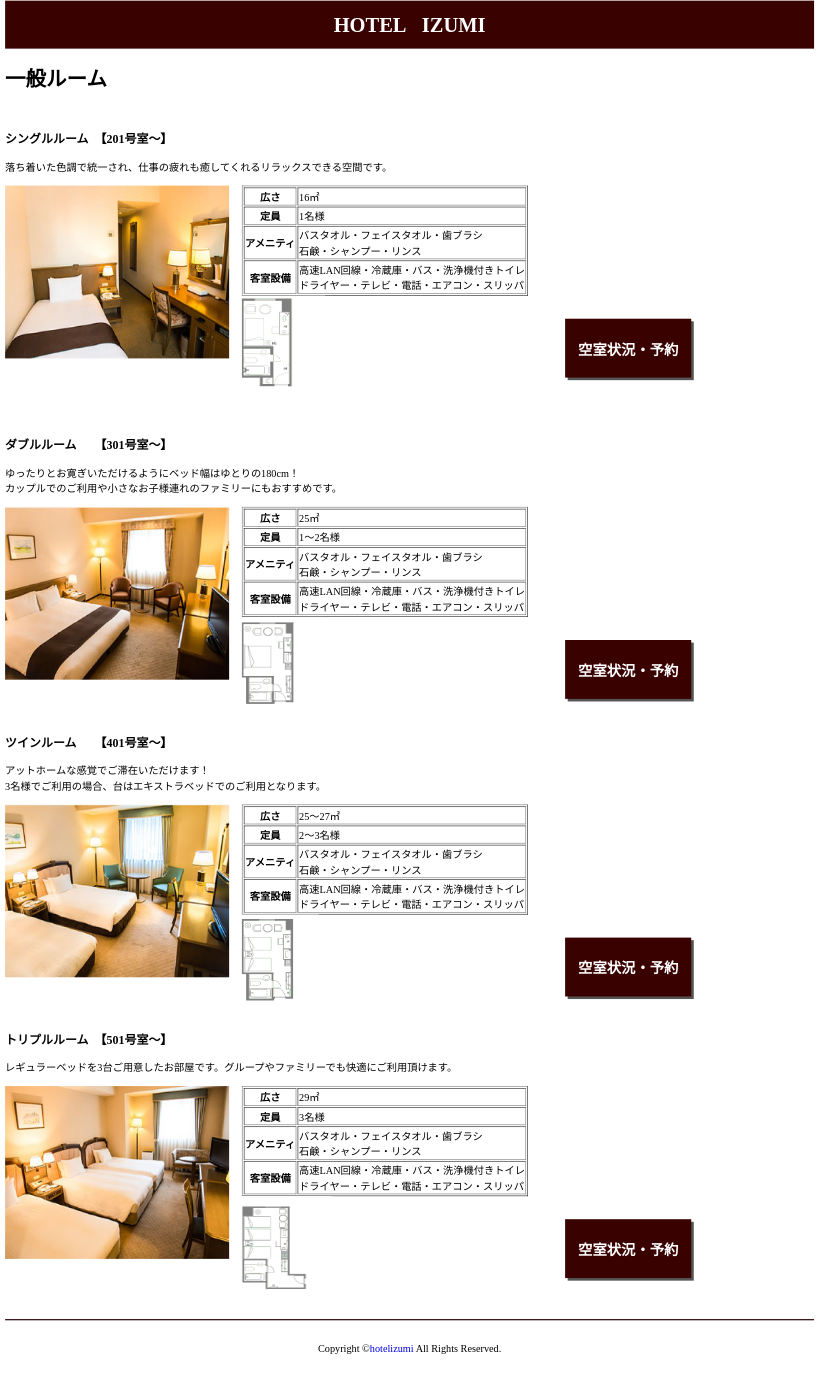
Repository: sep-dev/hotel_site
Page: http://localhost/HOTEL_IZUMI/general
These files come from the project's save history. The page is drawn as it stood at one moment and after the next save; the edit follows.
The browser window is 1280 px wide. The pictures show the whole page, at 64% of full size.
The page is served by Tomcat 9. Other server files are loaded and not shown.

Above is the page before, as saved 2016-05-25 06:16:49.

### HOTEL_IZUMI/src/main/webapp/WEB-INF/views/general.jsp
<!DOCTYPE html>
<%@ page language="java" contentType="text/html; charset=UTF-8" pageEncoding="UTF-8"%>
<%@ taglib prefix="form" uri="http://www.springframework.org/tags/form" %>
<!--  http://www.aspen-hotel.co.jp/room/ を参考   -->
<html>
  <head>
    <meta http-equiv="Content-Type" content="text/html; charset=Shift_JIS">
    <title>客室のご案内</title>
    <style type="text/css">
      div.example img {
        margin: 0px 20px 0px 0px;
      }
      <%@include file="../css/style.css" %>
    </style>
  </head>
  <body>
   <form>
    <div id="header">
      <div id="header h1"><h1><a HREF="http://localhost:8080/Izumi/top" STYLE="text-decoration:none"><font color="#FFFFFF">HOTEL&nbsp;&nbsp;&nbsp;IZUMI</font></a></h1></div>
    </div>


      <h1>一般ルーム</h1><br>
      <h3>シングルルーム　【201号室～】</h3>
      落ち着いた色調で統一され、仕事の疲れも癒してくれるリラックスできる空間です。<br><br>
      <div class="example">
        <img src="./resources/picture/ph01.jpg" alt="サンプル図" width="350" height="270"  align="left" >
      </div>
      <table border="1" >
        <tr>
          <th>広さ</th>
          <td>16㎡</td>
        </tr>
        <tr>
          <th>定員</th>
          <td>1名様</td>
        </tr>
        <tr>
          <th rowspan="2">アメニティ</th>
          <td rowspan="2">バスタオル・フェイスタオル・歯ブラシ<br>石鹸・シャンプー・リンス</td>
        </tr>
        <tr>
        </tr>
        <tr>
          <th rowspan="2">客室設備</th>
          <td rowspan="2">高速LAN回線・冷蔵庫・バス・洗浄機付きトイレ<br>ドライヤー・テレビ・電話・エアコン・スリッパ</td>
        </tr>
        <tr>
        </tr>
      </table>

      <img src="./resources/picture/ph01_shw1.png" alt="間取り図" width="130" height="146" align="left" ><br><br>

      <button class="button2" type="submit" style="position: absolute; right: 200px;">空室状況・予約</button>
      <br clear="all">
      <br><br><br>

      <h3>ダブルルーム　　【301号室～】</h3>
      ゆったりとお寛ぎいただけるようにベッド幅はゆとりの180cm！<br>カップルでのご利用や小さなお子様連れのファミリーにもおすすめです。<br><br>
      <div class="example">
        <img src="./resources/picture/ph04.jpg" alt="サンプル図" width="350" height="270"  align="left" >
      </div>
      <table border="1" >
        <tr>
          <th>広さ</th>
          <td>25㎡</td>
        </tr>
        <tr>
          <th>定員</th>
          <td>1～2名様</td>
        </tr>
        <tr>
          <th rowspan="2">アメニティ</th>
          <td rowspan="2">バスタオル・フェイスタオル・歯ブラシ<br>石鹸・シャンプー・リンス</td>
        </tr>
        <tr>
        </tr>
        <tr>
          <th rowspan="2">客室設備</th>
          <td rowspan="2">高速LAN回線・冷蔵庫・バス・洗浄機付きトイレ<br>ドライヤー・テレビ・電話・エアコン・スリッパ</td>
        </tr>
         <tr>
         </tr>
       </table>

       <img src="./resources/picture/ph04_shw1.png" alt="間取り図" width="130" height="146" align="left" ><br><br>

       <button class="button2" type="submit" style="position: absolute; right: 200px;">空室状況・予約</button><br><br><br><br><br><br><br>

       <h3>ツインルーム　　【401号室～】</h3>
       アットホームな感覚でご滞在いただけます！<br>3名様でご利用の場合、台はエキストラベッドでのご利用となります。<br><br>

       <div class="example">
         <img src="./resources/picture/ph06.jpg" alt="サンプル図" width="350" height="270"  align="left" >
       </div>
       <table border="1" >
         <tr>
           <th>広さ</th>
           <td>25～27㎡</td>
         </tr>
         <tr>
           <th>定員</th>
           <td>2～3名様</td>
         </tr>
         <tr>
            <th rowspan="2">アメニティ</th>
            <td rowspan="2">バスタオル・フェイスタオル・歯ブラシ<br>石鹸・シャンプー・リンス</td>
          </tr>
          <tr>
          </tr>
          <tr>
            <th rowspan="2">客室設備</th>
            <td rowspan="2">高速LAN回線・冷蔵庫・バス・洗浄機付きトイレ<br>ドライヤー・テレビ・電話・エアコン・スリッパ</td>
           </tr>
           <tr>
         </tr>
       </table>

        <img src="./resources/picture/ph06_shw1.png" alt="間取り図" width="120" height="146" align="left" >
        <br><br>

        <button class="button2" type="submit" style="position: absolute; right: 200px;">空室状況・予約</button><br><br><br><br><br><br><br>

        <h3>トリプルルーム　【501号室～】</h3>
        レギュラーベッドを3台ご用意したお部屋です。グループやファミリーでも快適にご利用頂けます。<br><br>
        <div class="example">
          <img src="./resources/picture/ph07.jpg" alt="サンプル図" width="350" height="270"  align="left" >
        </div>
        <table border="1" >
          <tr>
            <th>広さ</th>
            <td>29㎡</td>
          </tr>
          <tr>
            <th>定員</th>
            <td>3名様</td>
          </tr>
          <tr>
            <th rowspan="2">アメニティ</th>
            <td rowspan="2">バスタオル・フェイスタオル・歯ブラシ<br>石鹸・シャンプー・リンス</td>
          </tr>
          <tr>
          </tr>
          <tr>
            <th rowspan="2">客室設備</th>
            <td rowspan="2">高速LAN回線・冷蔵庫・バス・洗浄機付きトイレ<br>ドライヤー・テレビ・電話・エアコン・スリッパ</td>
          </tr>
          <tr>
          </tr>
        </table>

        <img src="./resources/picture/ph07_shw1.png" alt="間取り図" width="140" height="146" align="left" ><br><br>

        <button class="button2" type="submit" style="position: absolute; right: 200px;">空室状況・予約</button><br><br><br><br><br><br><br>


        <div id="footer">
          <p id="copyright">Copyright &copy;<a href="http://hotelizumi.com">hotelizumi</a> All Rights Reserved.</p>
        </div>
    </form>
  </body>
</html>

### HOTEL_IZUMI/src/main/webapp/WEB-INF/views/common/header.jsp
<%@ taglib uri="http://java.sun.com/jsp/jstl/core" prefix="c" %>
<%@ taglib prefix="form" uri="http://www.springframework.org/tags/form"%>
<%@page language="java" contentType="text/html; charset=UTF-8" pageEncoding="UTF-8"%>
<%@ page contentType="text/html; charset=UTF-8"%>

### HOTEL_IZUMI/src/main/webapp/WEB-INF/css/style.css
html{
    margin: 0;
    margin-top:-20px;
    padding: 0;
    width:100%;
    height:100%;
}
.top{
	display:block;
	margin-left:auto;
	margin-right:auto;
}

#contents {
    top : 0px;
    padding : 10px;
    margin : 10px;
    text-align : center;
}

#contents img{
    padding-bottom:10px;
}

#contents button {
    font-size: 1.4em;
    font-weight: bold;
    padding: 10px 30px;
    background-color: #200;
    color: #ffffff;
    border-style: none;
}

#table{
    border:0;
    background-color:#CCCCCC;
    font-size:24px;
    color:#666666;
    width:200px;
}

#table3{
    border:0;
    background-color:#CCCCCC;
    font-size:24px;
    color:#666666;
    width:200px;
}

/*--------calender----------*/
#Sunday{
    text-align:center;
    width:200;
    height:40;
    background-color:#C7D8ED;
    color:#FF3300;
    padding:15px;
}
#MonFri{
    text-align:center;
    width:200;
    background-color:#C7D8ED;
    color:#666666;
    padding:15px;
}
#Saturday{
    text-align:center;
    width:200;
    background-color:#C7D8ED;
    color:#666666;
    padding:15px;
}
#Saturday2{
    text-align:center;
    width:200;
    background-color:#A6C0E1;
    color:#666666;
}
#Sunday2{
    text-align:center;
    height:40;
    background-color:#FFCC99;
    color:#666666;
}
#Weekday{
    text-align:center;
    background-color:#FFFFFF;
    color:#666666;
    width:200;
}
#publicholiday{
    text-align:center;
    background-color:#FF3300;
    color:#FFFFFF;
}
#table2 tr td{
    border:0;
    font-size:24px;
    color:#666666;
    width:400px;
}
#float{
    float:left;
}
/* --------------------------------------*/

#header {
    top: 0px;
    left: 0px;
    height: 75px;
    margin-right: auto;
    margin-left: auto;
    text-align : center;
    background-color : #3A0101;

}
#header h1{
    padding-top: 20px;
    font-family: 'Times New Roman', Times, serif;
 	color:#ffffff;
}


#top{
    font-size: 200%;
}

#oneset{
	padding-top: 10px;
	padding-bottom: 10px;

	border-width: thick;
	border-color: #999AAA;
	border-style: ridge;
}
#name
{
    text-align: center;
	font-size: 150%;
    font-family: 'Segoe UI', Tahoma, Geneva, Verdana, sans-serif;
    font-weight: bold;
    background-color: #999AAA;
    font-family: 'Times New Roman', Times, serif;

}
#message{
	color: #000000;
    padding-left: 300px;
	font-size: 150%;

	text-align: left; margin-left: 100px; margin-right: 0px; width: 1000px;
}


/*---------入力フォーム----------*/

#reservation{

    padding-top: 20px;
    margin-bottom:50px;
    font-family: 'Times New Roman', Times, serif;
 	color:#000000;
}

#form{
    margin-top:30px

}


button.button2 {
    float:right;
    font-size: 1.4em;
    font-weight: bold;
    padding: 30px 20px;
    background-color: #3A0101;
    color: #ffffff;
    border-style: none;
    font-family: 'Times New Roman', Times, serif;
    box-shadow:4px 4px #555;
}

/*
footer ------------------------------------------------------*/

#footer {
    margin-top:30px;
    border-top:2px solid #3A1010;
    padding-top:20px;
    padding-bottom:20px;
}

#footer p{
    text-align:center;
}
#footer p a{
    text-decoration: none;
}
#footborder hr{
    border-color:#3A1010;
    border-width:1px;
}

After the next save:
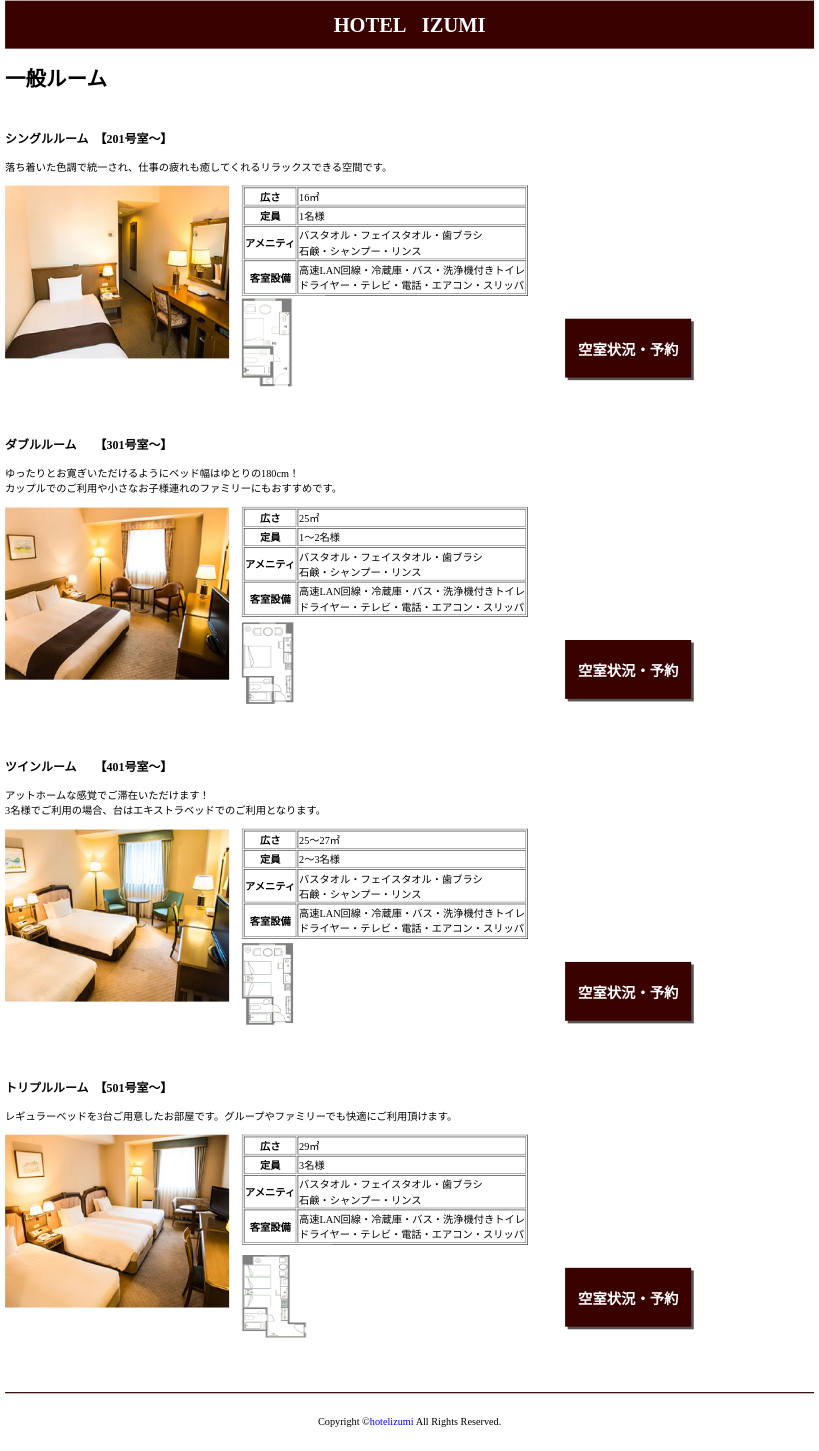
Saved 61 s later.
--- a/HOTEL_IZUMI/src/main/webapp/WEB-INF/views/general.jsp
+++ b/HOTEL_IZUMI/src/main/webapp/WEB-INF/views/general.jsp
@@ -85,7 +85,9 @@
 
        <img src="./resources/picture/ph04_shw1.png" alt="間取り図" width="130" height="146" align="left" ><br><br>
 
-       <button class="button2" type="submit" style="position: absolute; right: 200px;">空室状況・予約</button><br><br><br><br><br><br><br>
+       <button class="button2" type="submit" style="position: absolute; right: 200px;">空室状況・予約</button>
+       <br clear="all">
+       <br><br><br>
 
        <h3>ツインルーム　　【401号室～】</h3>
        アットホームな感覚でご滞在いただけます！<br>3名様でご利用の場合、台はエキストラベッドでのご利用となります。<br><br>
@@ -119,7 +121,9 @@
         <img src="./resources/picture/ph06_shw1.png" alt="間取り図" width="120" height="146" align="left" >
         <br><br>
 
-        <button class="button2" type="submit" style="position: absolute; right: 200px;">空室状況・予約</button><br><br><br><br><br><br><br>
+        <button class="button2" type="submit" style="position: absolute; right: 200px;">空室状況・予約</button>
+        <br clear="all">
+        <br><br><br>
 
         <h3>トリプルルーム　【501号室～】</h3>
         レギュラーベッドを3台ご用意したお部屋です。グループやファミリーでも快適にご利用頂けます。<br><br>
@@ -151,7 +155,9 @@
 
         <img src="./resources/picture/ph07_shw1.png" alt="間取り図" width="140" height="146" align="left" ><br><br>
 
-        <button class="button2" type="submit" style="position: absolute; right: 200px;">空室状況・予約</button><br><br><br><br><br><br><br>
+        <button class="button2" type="submit" style="position: absolute; right: 200px;">空室状況・予約</button>
+        <br clear="all">
+        <br><br><br>
 
 
         <div id="footer">
